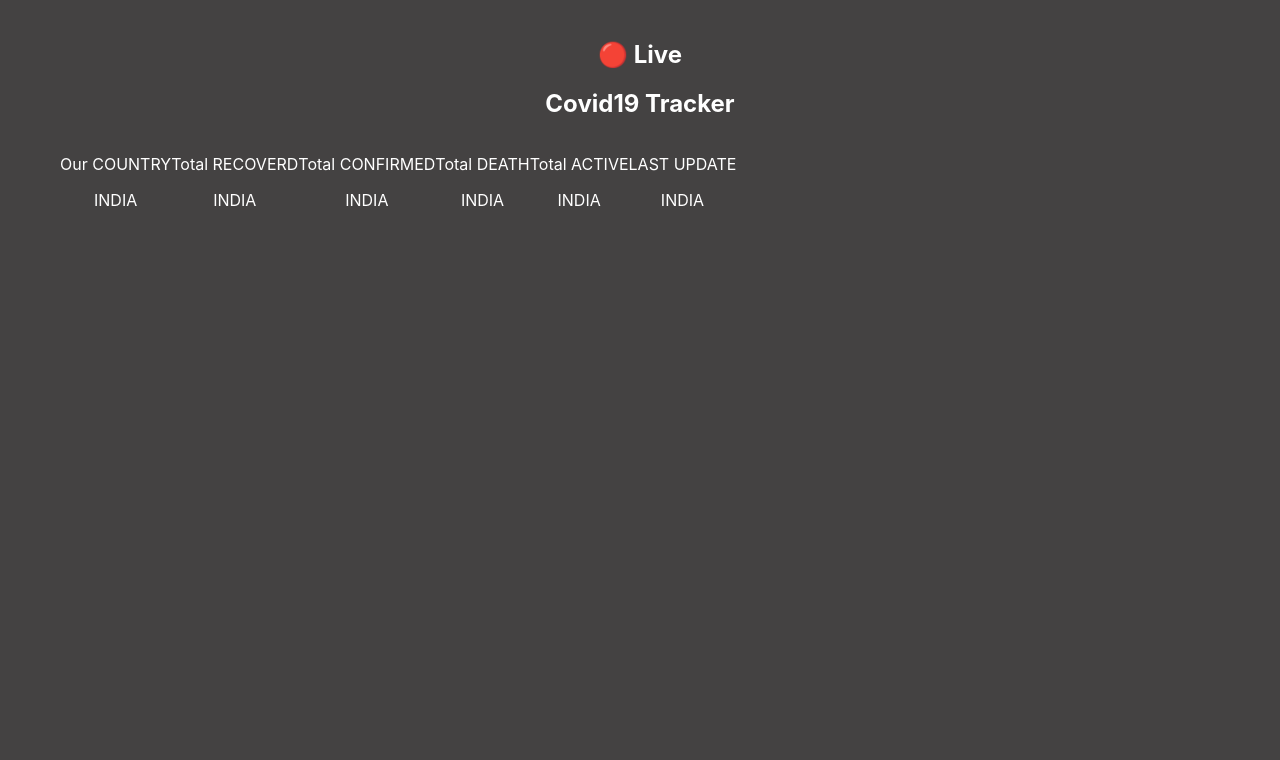
Repository: Aniketlamage/covid19-dashboard
Page: /
The author's editor kept a copy of each file at every save. The page is drawn from the files as they stood at one save, then again after the next save.
The browser window is 1280 px wide. The pictures show the whole page.
The page's requests for data from a server got no answer. The project was rebuilt for these pictures with package versions that can differ from the ones it lists, and the page was loaded fresh each time. No one was signed in, and anything a server would have sent is missing.

Above is the page before, as saved 2021-09-30 14:51:07.

After the next save:
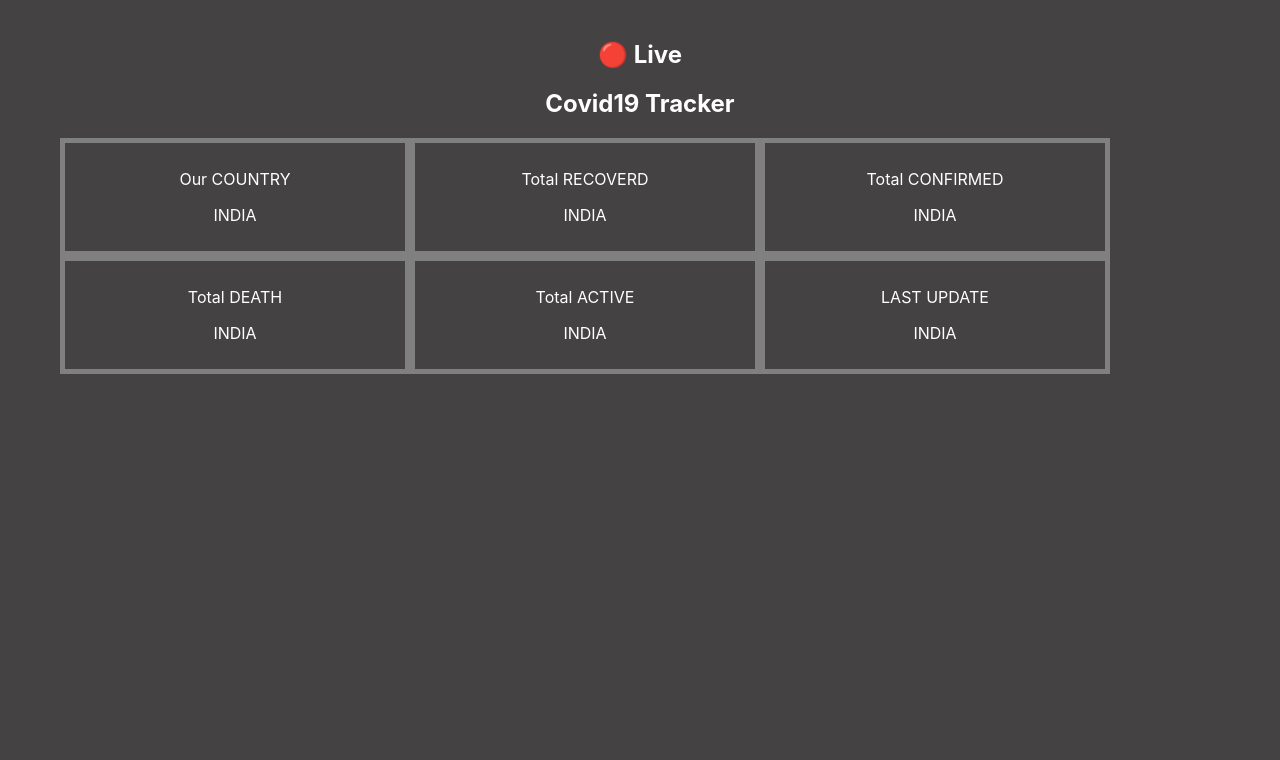
Saved 37 s later.
--- a/src/components/covid.css
+++ b/src/components/covid.css
@@ -18,7 +18,7 @@ ul{
     display: flex;
     flex-wrap: wrap;
 }
-div.card {
+div.card__inner {
     width: 320px;
     padding: 10px;
     border: 5px solid gray;
